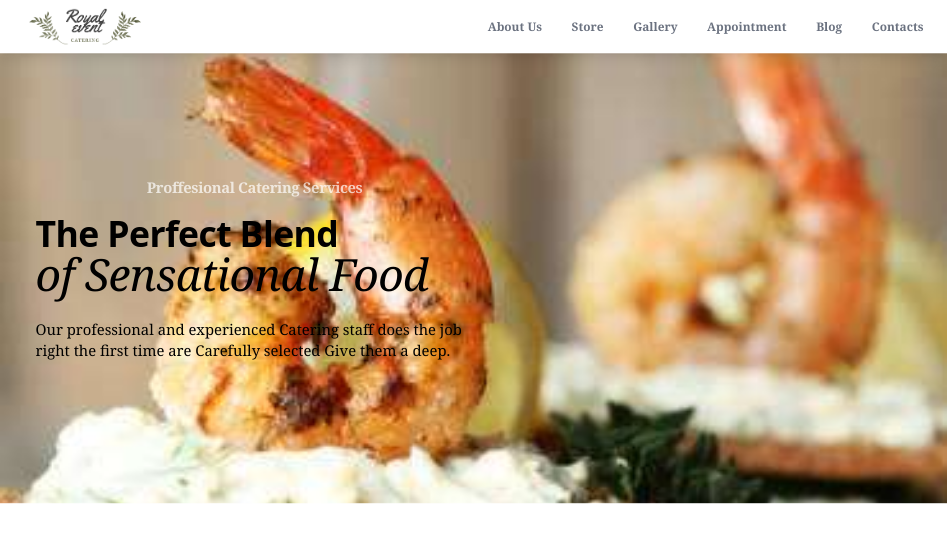
Repository: remydev47/Catering
Page: /
An editor plug-in stored every save of this project. The page is shown before and after the next save, followed by the edit.
The browser window is 1280 px wide. The pictures show the whole page, at 74% of full size.
The project was rebuilt for these pictures with package versions that can differ from the ones it lists, and the page was loaded fresh each time. The framework's server and built-in components were replaced by stand-ins that run in the browser. Also part of the build but not shown: next.config.js, components/Pricing.tsx, components/Services.tsx, components/Footer.tsx, components/Team.tsx, components/Testimonials.tsx, components/Faqs.tsx, components/Blog.tsx and 1 more.

Above is the page before, as saved 2022-12-09 22:58:05.

### app/layout.tsx
import Navbar from '../components/Navbar'
import '../styles/globals.css'

export default function RootLayout({
  children,
}: {
  children: React.ReactNode
}) {
  return (
    <html>
      <head />
      <body>
        <Navbar />
        {children}
      </body>
    </html>
  )
}

### app/page.tsx
import React from 'react'
import { Hero } from '../components'

const Home = () => {
  return (
    <div>
        <Hero />
    </div>
  )
}

export default Home

### components/Navbar.tsx
'use client'
import React from 'react'
import { navLinks } from '../constants'
import Menupopover from './Menupopover';
import Logo from './Logo';
import { Button } from './Button';

const Navbar = () => {
  return (
    <header className="fixed inset-x-0 bg-[#fff] z-20 flex justify-between items-center py-2 px-2 shadow-lg dark:bg-slate-900 sm:py-3 sm:px-8">
            <div className='flex grow-0 basis-1/3 md:hidden'>
                <Menupopover />
            </div>

             <div className='flex grow-0 ml-2 justify-center md:justify-start'>
                <Logo />

            </div>


            <ul className="list-none sm:flex hidden justify-end items-center flex-1">
            {navLinks.map((nav, index) => (
                <li
                key={nav.id}
                className={`font-bold cursor-pointer text-[16px] hover:text-orange-400
                   ${index === navLinks.length - 1 ? 'mr-0' : 'mr-10'}
                  text-gray-500 font-serif `}
                >
                    <a>{nav.title}</a>
                </li>
            ))}
           </ul>



        </header>
  )
}

export default Navbar

### components/index.ts
import Hero from "./Hero";
import Pricing from "./Pricing";
import Menu from "./Menu";
import Services from "./Services";
import Footer from "./Footer";
import Team from "./Team";
import Testimonials from "./Testimonials";
import Faqs from "./Faqs";
import Blog from "./Blog";
import CTA from "./CTA";

export {
    Hero, Pricing, Menu, Services, Footer, Faqs, Team, Testimonials, Blog, CTA
}

### constants/index.ts
export const navLinks =[
    {
        id:"aboutus",
        title:"About Us",
    },
    {
        id:"store",
        title:"Store",
    },
    {
        id:"gallery",
        title:"Gallery",
    },
    {
        id:"appointments",
        title:"Appointment",
    },
    {
        id:"blog",
        title:"Blog",
    },
    {
        id:"contacts",
        title:"Contacts",
    }
]

### components/Menupopover.tsx
import React, { useState, Fragment } from 'react'
import { Transition, Dialog } from '@headlessui/react'
import { navLinks } from '../constants'
import Logo from './Logo'
import { IconButton } from './Button'

const Menupopover = () => {
  const [isOpen, setIsOpen] = useState(false)

  return (
    <div>
    <IconButton
      variant='ghost'
      aria-label='menu'
      onClick={() => setIsOpen(!isOpen)}
    >
      <svg className='h-6 w-6 ' fill='none' stroke='currentColor'>
        <path
          strokeLinecap='round'
          strokeLinejoin='round'
          strokeWidth={2}
          d='M4 6h16M4 12h16M4 18h16'
        />
      </svg>
    </IconButton>
    <Transition
      show={isOpen}
      appear
      as={Fragment}
      enter='transform transition ease-in-out duration-300'
      enterFrom='-translate-x-full'
      enterTo='translate-x-0'
      leave='transform transition ease-in-out duration-300 delay-200'
      leaveFrom='translate-x-0'
      leaveTo='-translate-x-full'
     >
     <Dialog
       as='div'
       className={`fixed inset-0 z-50`}
       onClose={setIsOpen}
       open={isOpen}
       >
       <Transition.Child
         as={Fragment}
         enter='ease-out duration-300 delay-300'
         enterFrom='opacity-0'
         enterTo='opacity-100'
         leave='ease-in duration-200'
         leaveFrom='opacity-100'
         leaveTo='opacity-0'
       >

        <Dialog.Overlay
          className={`fixed inset-0 bg-black/20 backdrop-blur-sm dark:bg-gray-900/80`}
         />
      </Transition.Child>
       <div className={styles.dialogcontainer}>
        <a className='mx-auto mt-4 flex w-[140px] '>
          <Logo />
        </a>
        <ul
            className={styles.navWrapper2}
         >
            {navLinks.map((nav, index) => (
                <li
                 key={nav.id}
                 className={` font-bold cursor-pointer text-[16px]
                  mt-2 border-t border-slate-200 py-4 dark:border-slate-600
                  ${index === navLinks.length - 1 ? 'mr-0' : 'mb-4'}
                  text-black font-serif `}
                >
                 <a href={`#${nav.id}`}>
                    {nav.title}
                 </a>
                </li>
             ))}
         </ul>

        <IconButton
          variant='ghost'
          aria-label='close menu'
          className='absolute top-5 right-5'
          onClick={() => setIsOpen(false)}
        >
          <svg
            viewBox='0 0 10 10'
            className='h-2.5 w-2.5 overflow-visible'
            aria-hidden='true'
          >
            <path
                d='M0 0L10 10M10 0L0 10'
                fill='none'
                stroke='currentColor'
                strokeWidth='2'
                strokeLinecap='round'
              />
          </svg>
        </IconButton>
       </div>
     </Dialog>
    </Transition>
  </div>
  )
}

export default Menupopover;

const styles ={
  dialogcontainer:`fixed top-0 bottom-0 left-0 w-full max-w-xs rounded-r-xl bg-[#fff] p-6 shadow-lg dark:bg-gray-800`,
  menuitems:`group relative flex h-9 items-center oveflow-hidden rounded-md hover:bg-slate-200/50`,
  navWrapper2:`list-none flex flex-col justify-end items-center flex-1`,
}

### components/Logo.tsx
import React from 'react'
import Image from 'next/image'

const Logo = () => {
  return (
    <div>
        <Image
          src='/images/logo.png'
          alt='royal-events'
          height={80}
          width={150}
        />
    </div>
  )
}

export default Logo

### components/Hero.tsx
'use client';
import React from 'react'

const Hero = () => {
  return (
    <section className='relative pt-48 pb-12 xl:pt-60 sm:pb-16 lg:pb-32 xl:pb-48 2xl:pb-56'>
    <div className="absolute inset-0">
     <img className="object-cover w-full h-full" src="/images/hero.jpg" alt="" />
    </div>
   <div className='relative'>
    <div className="px-6 mx-auto sm:px-8 lg:px-12 max-w-7xl">
      <div className="w-full lg:w-2/3 xl:w-1/2">
        <h1 className="font-serif text-xl font-bold tracking-tight text-white text-opacity-70 text-center">Proffesional Catering Services</h1>
        <p className="mt-6 tracking-tighter text-[#000]">
          <span className="font-sans font-bold text-5xl">The Perfect Blend</span><br />
          <span className="font-serif italic font-BOLD text-6xl">of Sensational Food</span>
        </p>
        <p className="mt-8 font-serif text-xl font-normal text-[#000]">
         Our professional and experienced Catering staff does the job right the first time are Carefully selected Give them a deep.
        </p>
      </div>
    </div>
   </div>
  </section>
  )
}

export default Hero

### components/Button.tsx
import React, { forwardRef } from "react";
//import { __DEV__ } from "../../utils/assertions";

type BaseButtonProps = Omit<React.HTMLProps<HTMLButtonElement>, "size">;

/* === Button Element === */

export interface ButtonProps extends BaseButtonProps {
  children: React.ReactNode;
  fullWidth?: boolean;
  className?: string;
  variant?: "solid" | "outline" | "ghost";
  size?: "sm" | "md" | "lg";
  as?: string;
  isExternal?: boolean;
  type?: "button" | "submit" | "reset";
}

export const Button = forwardRef<HTMLButtonElement, ButtonProps>(
  (
    {
      children,
      variant = "solid",
      size = "md",
      fullWidth = false,
      className,
      as = "button",
      isExternal = false,
      ...rest
    },
    ref
  ) => {
    let tempClassNames: string[] = [];

    const sharedClasses = [
      "capitalize",
      "focus:outline-none",
      "focus:ring-2",
      "focus:ring-indigo-400",
      "focus:ring-offset-2",
      "focus:ring-offset-indigo-50",
      "font-semibold",
      "rounded-full",
      "inline-flex",
      "flex-shrink-0",
      "items-center",
      "justify-center",
      "transition-colors",
      "ease-in-out",
      "duration-500",
    ];

    if (fullWidth) sharedClasses.push("w-full");

    // handle variants
    let btnSolid = ["bg-indigo-600", "hover:bg-indigo-700", "text-white"];
    let btnOutline = [
      "dark:text-white",
      "hover:text-indigo-700",
      "hover:dark:text-indigo-700",
      "bg-transparent",
      "hover:bg-indigo-50",
      "border",
      "border-indigo-600",
    ];
    let btnGhost = [
      "bg-transparent",
      "dark:text-white",
      "hover:bg-indigo-50",
      "hover:text-indigo-700",
      "hover:dark:text-indigo-700",
    ];

    if (variant === "solid") {
      tempClassNames = [...sharedClasses, ...btnSolid];
    } else if (variant === "outline") {
      tempClassNames = [...sharedClasses, ...btnOutline];
    } else if (variant === "ghost") {
      tempClassNames = [...sharedClasses, ...btnGhost];
    }

    // handle sizes
    let sizeSm = ["h-8", "px-2", "text-sm"];
    let sizeMd = ["h-10", "px-3"];
    let sizeLg = ["h-12", "px-4", "text-lg"];

    if (size === "sm") {
      tempClassNames = [...tempClassNames, ...sizeSm];
    } else if (size === "md") {
      tempClassNames = [...tempClassNames, ...sizeMd];
    } else if (size === "lg") {
      tempClassNames = [...tempClassNames, ...sizeLg];
    }

    let classes = tempClassNames.join(" ");

    let Element = as ? (
      React.createElement(
        as,
        {
          className: `${classes} ${className}`,
          target: isExternal ? "_blank" : undefined,
          rel: isExternal ? "noopener noreferrer" : undefined,
          ref,
          ...rest,
        },
        children
      )
    ) : (
      <button {...rest} className={`${classes} ${className}`} ref={ref}>
        {children}
      </button>
    );

    return Element;
  }
);

// if (__DEV__) {
//   Button.displayName = "Button";
// }

/* === IconButton Element === */

export interface IconButtonProps extends ButtonProps {
  icon?: React.ReactElement;
  "aria-label": string;
}

export const IconButton = forwardRef<HTMLButtonElement, IconButtonProps>(
  (
    {
      children,
      icon,
      className,
      "aria-label": ariaLabel,
      size = "md",
      ...rest
    },
    ref
  ) => {
    let sharedClasses = ["rounded-full", "!px-0"];

    // handle sizes
    let sizeSm = ["w-8"];
    let sizeMd = ["w-10"];
    let sizeLg = ["w-12"];

    if (size === "sm") {
      sharedClasses = [...sharedClasses, ...sizeSm];
    } else if (size === "md") {
      sharedClasses = [...sharedClasses, ...sizeMd];
    } else if (size === "lg") {
      sharedClasses = [...sharedClasses, ...sizeLg];
    }

    /**
     * Passing the icon as prop or children should work
     */
    const element = icon || children;
    const _children = React.isValidElement(element)
      ? React.cloneElement(element as any, {
          "aria-hidden": true,
          focusable: false,
        })
      : null;

    let classes = sharedClasses.join(" ");
    return (
      <Button
        className={`${classes} ${className}`}
        aria-label={ariaLabel}
        size={size}
        {...rest}
        ref={ref}
      >
        {_children}
      </Button>
    );
  }
)

### components/Menu.tsx
'use client';
import React from 'react'

const Menu = () => {

  return (
    <section className='py-10 bg-white sm:py-16 lg:py-24'>

      <div  className="px-4 mx-auto max-w-7xl sm:px-6 lg:px-8">
        <div className="max-w-2xl mx-auto text-center">
          <h1 className="text-4xl font-serif font-semibold leading-tight text-gray-400">
            WELCOME TO THE <br/> BEST CATERING SERVICES
          </h1>
        </div>
        <div className="relative mt-12 lg:mt-20">

          <div className="relative grid grid-cols-1 text-center gap-y-12 md:grid-cols-3 gap-x-12">
            <div>
              <div className="flex items-center justify-center w-60 h-60 mx-auto rounded-full border-2 border-gray-200 ">
                <span className="text-xl font-semibold text-gray-700">
                    <img src='/images/menu1.jpg' className='h-full w-full rounded-full' />
                </span>
             </div>
             <h3 className="mt-6 text-2xl italic leading-tight text-gray-500 md:mt-10">Canapes</h3>
            </div>


            <div>
              <div className="flex items-center justify-center w-60 h-60 mx-auto rounded-full border-2 border-gray-200">
                <span className="text-xl font-semibold text-gray-700">
                    <img src='/images/menu2.jpg' className='h-full w-full rounded-full' />
                </span>
             </div>
             <h3 className="mt-6 text-2xl italic leading-tight text-gray-500 md:mt-10">CockTails</h3>
            </div>

            <div>
              <div className="flex items-center justify-center w-60 h-60 mx-auto rounded-full border-2 border-gray-200 ">
                <span className="text-xl font-semibold text-gray-700">
                    <img src='/images/menu3.jpg' className='h-full w-full rounded-full' />
                </span>
             </div>
             <h3 className="mt-6 text-2xl italic leading-tight text-gray-500 md:mt-10">Sweets & CapCakes</h3>
            </div>

            <div>
              <div className="flex items-center justify-center w-60 h-60 mx-auto rounded-full border-2 border-gray-200 ">
                <span className="text-xl font-semibold text-gray-700">
                    <img src='/images/menu4.jpg' className='h-full w-full rounded-full' />
                </span>
             </div>
             <h3 className="mt-6 text-2xl italic leading-tight text-gray-500 md:mt-10">Drinks</h3>
            </div>
          </div>

        </div>

      </div>

    </section>
  )
}

export default Menu

Loaded but not shown: styles/globals.css (common file); tailwind.config.js (common file)

After the next save:
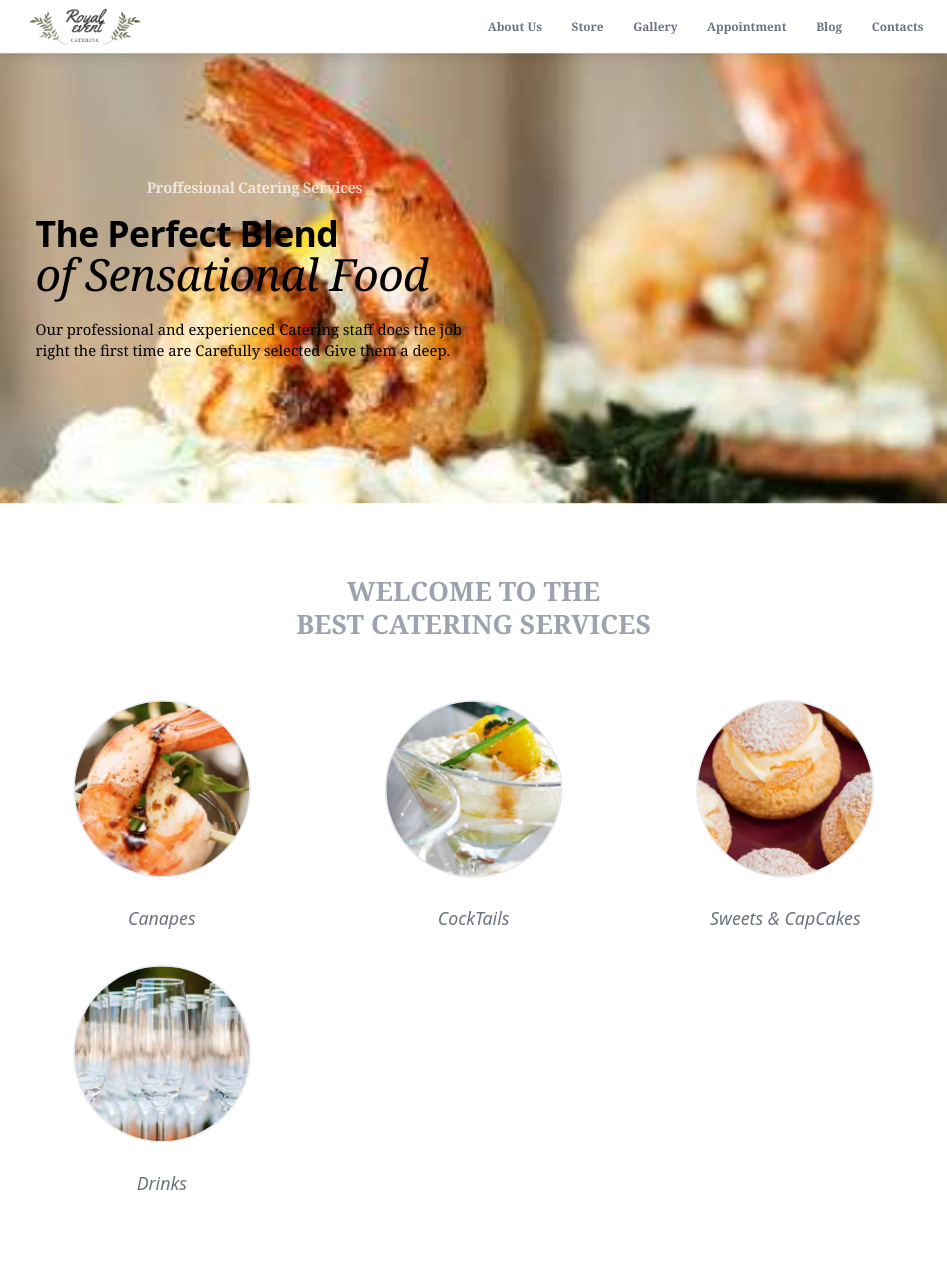
Saved 39 s later.
--- a/app/page.tsx
+++ b/app/page.tsx
@@ -1,10 +1,11 @@
 import React from 'react'
-import { Hero } from '../components'
+import { Hero, Menu } from '../components'
 
 const Home = () => {
   return (
     <div>
         <Hero />
+        <Menu />
     </div>
   )
 }
